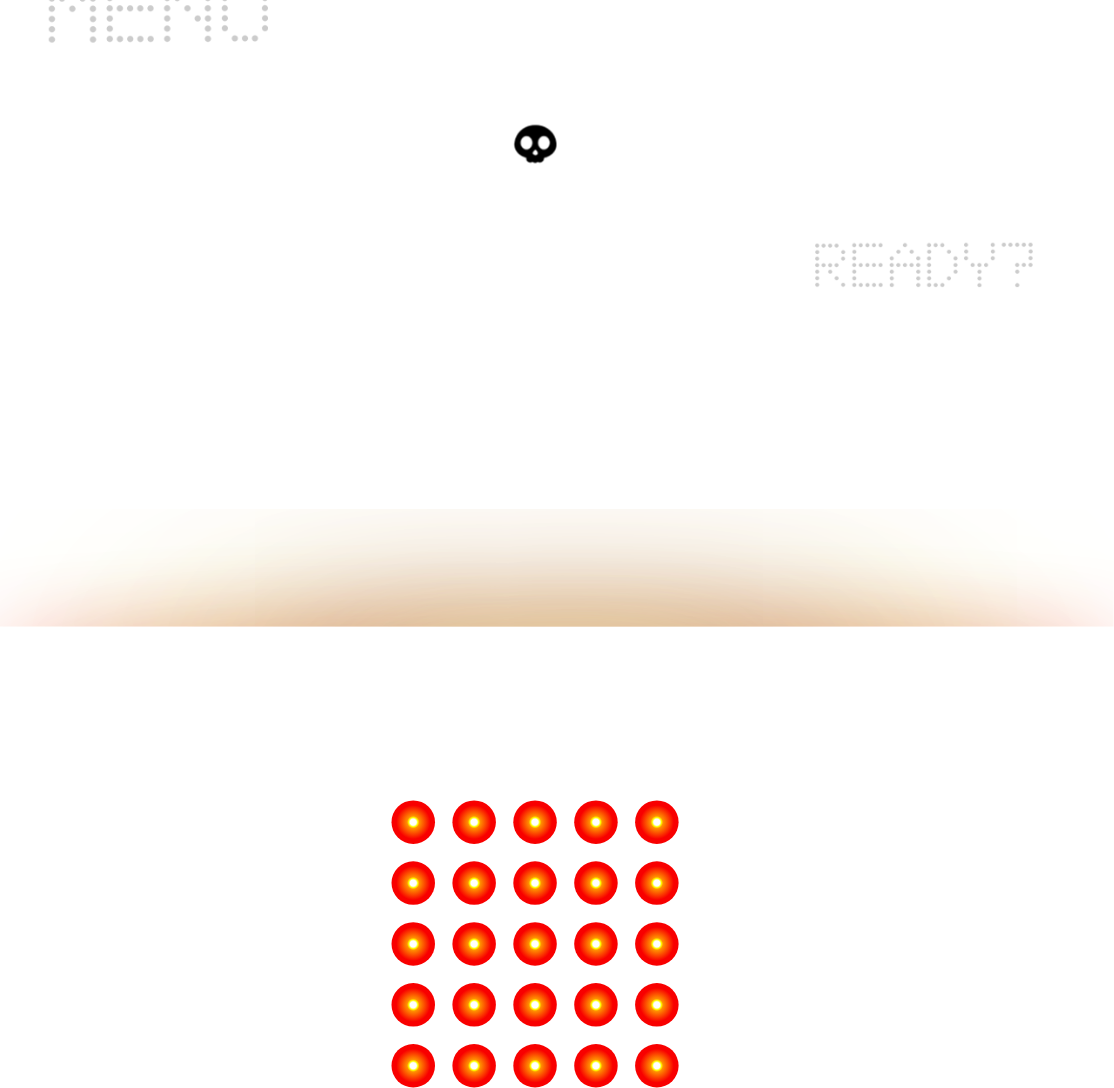
Repository: huanz488/huanz488-github.io
Page: Dot to Dot/project3.html
The author's editor kept a record of every edit. The page is drawn from the files as they stood at one moment, then again after the next edit.
The browser window is 1280 px wide. The pictures show the whole page, at 87% of full size.
Some web libraries are served in a nearby version.

Above is the page before.

### Dot to Dot/project3.html
<html>
    <head>
        <title>Game</title>
        <link rel="Shortcut Icon" href="images/jia.ico">
        <script src="https://ajax.googleapis.com/ajax/libs/jquery/1.11.2/jquery.min.js"></script>
        <link href="project3.css" rel="stylesheet" type="text/css" />

    </head>

    <body>

        <div class="skeleton"></div>
        <div class="redo"></div>
        <div class="menu"></div>
        <div class="ready"></div>

        <article id="wrap">
	<section id="lightings">
    	<div class="lights" id="one">
            <div class="lights" id="two">
                <div class="lights" id="three">
                    <div class="lights" id="four">
                        <div class="lights" id="five">

                        </div>
                    </div>
                </div>
            </div>
		</div>
    </section>
</article>

        <div data-path="1" data-position="1" class="dot grid1"></div>
        <div data-path="2" data-position="6" class="dot grid2"></div>
        <div data-path="3" class="dot grid2"></div>
        <div data-path="4" class="dot grid2"></div>
        <div data-path="5" class="dot grid2"></div>

        <div data-path="16" data-position="2" class="dot grid3"></div>
        <div data-path="15" class="dot grid4"></div>
        <div data-path="14" class="dot grid4"></div>
        <div data-path="13" class="dot grid4"></div>
        <div data-path="6" class="dot grid4"></div>

        <div data-path="17" data-position="3" class="dot grid5"></div>
        <div data-path="18" class="dot grid6"></div>
        <div data-path="0" class="dot grid6"></div>
        <div data-path="12" class="dot grid6"></div>
        <div data-path="7" class="dot grid6"></div>

        <div data-path="24" class="dot grid7"></div>
        <div data-path="19" class="dot grid8"></div>
        <div data-path="20" class="dot grid8"></div>
        <div data-path="11" class="dot grid8"></div>
        <div data-path="8" class="dot grid8"></div>

        <div data-path="23" class="dot grid9"></div>
        <div data-path="22" class="dot grid10"></div>
        <div data-path="21" class="dot grid10"></div>
        <div data-path="10" class="dot grid10"></div>
        <div data-path="9" class="dot grid10"></div>

        <script src="project3.js"></script>
    </body>

</html>

### Dot to Dot/project3.css
body {
    overflow: hidden;
    background-color:white;
    margin: 0;
    padding: 0;
}

.skeleton {
background: url(bottom/skeleton.png);
width: 52px;
height: 52px;
text-align: center;
margin: auto;
position: absolute;
margin:138px 0px 0px 588px;

}

.skeleton:hover {
background: url(bottom/large.png);
width: 330px;
height: 330px;
text-align: center;
margin: auto;
position: absolute;
margin:0px 0px 0px 450px;

}

.redo {
background: url(bottom/redo.png);
width: 250px;
height: 78px;
text-align: center;
margin: auto;
position: absolute;
margin:-135px 0px 0px 56px;

}

.redo:hover {
background: url(bottom/redo1.png);
width: 250px;
height: 77px;
text-align: center;
margin: auto;
position: absolute;
margin:-135px 0px 0px 56px;

}

.menu {
background: url(bottom/menu.png);
width: 252px;
height: 78px;
text-align: center;
margin: auto;
position: absolute;
margin:-29px 0px 0px 56px;

}

.menu:hover {
background: url(bottom/menu1.png);
width: 252px;
height: 78px;
text-align: center;
margin: auto;
position: absolute;
margin:-29px 0px 0px 56px;

}

.ready {
background: url(bottom/ready.png);
width: 250px;
height: 51px;
text-align: center;
margin: auto;
position: absolute;
margin: 279px 0px 0px 937px;

}
.grid1 {
width: 50px;
height: 50px;
background: radial-gradient(#ffffff 10%, #fdfe00 15%, #ff9000 20%, #f80000 55%);
-moz-border-radius: 50px;
-webkit-border-radius: 50px;
border-radius: 50px;
margin:200px 0px 0px 450px;
}

.grid2 {
width: 50px;
height: 50px;
background: radial-gradient(#ffffff 10%, #fdfe00 15%, #ff9000 20%, #f80000 55%);
-moz-border-radius: 50px;
-webkit-border-radius: 50px;
border-radius: 50px;
margin:20px 0px 0px 450px;
}

.grid3 {
width: 50px;
height: 50px;
background: radial-gradient(#ffffff 10%, #fdfe00 15%, #ff9000 20%, #f80000 55%);
-moz-border-radius: 50px;
-webkit-border-radius: 50px;
border-radius: 50px;
margin:-330px 0px 0px 520px;
}

.grid4 {
width: 50px;
height: 50px;
background: radial-gradient(#ffffff 10%, #fdfe00 15%, #ff9000 20%, #f80000 55%);
-moz-border-radius: 50px;
-webkit-border-radius: 50px;
border-radius: 50px;
margin:20px 0px 0px 520px;
}

.grid5 {
width: 50px;
height: 50px;
background: radial-gradient(#ffffff 10%, #fdfe00 15%, #ff9000 20%, #f80000 55%);
-moz-border-radius: 50px;
-webkit-border-radius: 50px;
border-radius: 50px;
margin:-330px 0px 0px 590px;
}

.grid6 {
width: 50px;
height: 50px;
background: radial-gradient(#ffffff 10%, #fdfe00 15%, #ff9000 20%, #f80000 55%);
-moz-border-radius: 50px;
-webkit-border-radius: 50px;
border-radius: 50px;
margin:20px 0px 0px 590px;
}

.grid7 {
width: 50px;
height: 50px;
background: radial-gradient(#ffffff 10%, #fdfe00 15%, #ff9000 20%, #f80000 55%);
-moz-border-radius: 50px;
-webkit-border-radius: 50px;
border-radius: 50px;
margin:-330px 0px 0px 660px;
}

.grid8 {
width: 50px;
height: 50px;
background: radial-gradient(#ffffff 10%, #fdfe00 15%, #ff9000 20%, #f80000 55%);
-moz-border-radius: 50px;
-webkit-border-radius: 50px;
border-radius: 50px;
margin:20px 0px 0px 660px;
}

.grid9 {
width: 50px;
height: 50px;
background: radial-gradient(#ffffff 10%, #fdfe00 15%, #ff9000 20%, #f80000 55%);
-moz-border-radius: 50px;
-webkit-border-radius: 50px;
border-radius: 50px;
margin:-330px 0px 0px 730px;
}

.grid10 {
width: 50px;
height: 50px;
background: radial-gradient(#ffffff 10%, #fdfe00 15%, #ff9000 20%, #f80000 55%);
-moz-border-radius: 50px;
-webkit-border-radius: 50px;
border-radius: 50px;
margin:20px 0px 0px 730px;
}

/*///hello page///*/

/*////////////////background////////////*/

#wrap
{
	width: 100%;
	height: 100%;
	position: relative;
	margin: 0 auto 0 auto;
	overflow: hidden;
}

#lightings
{
	bottom: -60px;
	position: absolute;
	width: 100%;
}

.lights
{
	/*border-radius*/
	-webkit-border-radius: 50%;
	-moz-border-radius: 50%;
	border-radius: 50%;
	height: 20px;
	width: 100%;
	position: relative;
	margin: auto;

}

#one
{
	/*animation*/
	-webkit-animation: one 5s ease-in-out infinite alternate;
	-moz-animation: one 5s ease-in-out infinite alternate;
	-ms-animation: one 5s ease-in-out infinite alternate;
	-o-animation: one 5s ease-in-out infinite alternate;
	animation: one 5s ease-in-out infinite alternate;
}
@-webkit-keyframes
one { from {
-webkit-box-shadow: 0 0 250px 20px #473C78;
}

to { -webkit-box-shadow: 0 0 100px 15px #F72A3B; }
}
@-moz-keyframes
one { from {
-moz-box-shadow: 0 0 250px 20px #473C78;
}

to { -moz-box-shadow: 0 0 100px 15px #F72A3B; }
}
@-o-keyframes
one { from {
-o-box-shadow: 0 0 250px 20px #473C78;
}

to { -o-box-shadow: 0 0 100px 15px #F72A3B; }
}

#two
{
	width: 90%;
	/*animation*/
	-webkit-animation: two 4s ease-in-out infinite alternate;
	-moz-animation: two 4s ease-in-out infinite alternate;
	-ms-animation: two 4s ease-in-out infinite alternate;
	-o-animation: two 4s ease-in-out infinite alternate;
	animation: two 4s ease-in-out infinite alternate;
}
@-webkit-keyframes
two { from {
-webkit-box-shadow: 0 0 250px 20px #18C499;
}

to { -webkit-box-shadow: 0 0 100px 15px #D8F05E; }
}
@-moz-keyframes
two { from {
-moz-box-shadow: 0 0 250px 20px #18C499;
}

to { -moz-box-shadow: 0 0 100px 15px #D8F05E; }
}
@-o-keyframes
two { from {
-o-box-shadow: 0 0 250px 20px #18C499;
}

to { -o-box-shadow: 0 0 100px 15px #D8F05E; }
}

#three
{
	width: 80%;
	/*animation*/
	-webkit-animation: three 3s ease-in-out infinite alternate;
	-moz-animation: three 3s ease-in-out infinite alternate;
	-ms-animation: three 3s ease-in-out infinite alternate;
	-o-animation: three 3s ease-in-out infinite alternate;
	animation: three 3s ease-in-out infinite alternate;
}
@-webkit-keyframes
three { from {
-webkit-box-shadow: 0 0 250px 20px #FFDD00;
}

to { -webkit-box-shadow: 0 0 100px 15px #3E33FF; }
}
@-moz-keyframes
three { from {
-moz-box-shadow: 0 0 250px 20px #FFDD00;
}

to { -moz-box-shadow: 0 0 100px 15px #3E33FF }
}
@-o-keyframes
three { from {
-o-box-shadow: 0 0 250px 20px #FFDD00;
}

to { -o-box-shadow: 0 0 100px 15px #3E33FF }
}

#four
{
	width: 70%;
	/*animation*/
	-webkit-animation: four 2s ease-in-out infinite alternate;
	-moz-animation: four 2s ease-in-out infinite alternate;
	-ms-animation: four 2s ease-in-out infinite alternate;
	-o-animation: four 2s ease-in-out infinite alternate;
	animation: four 2s ease-in-out infinite alternate;
}
@-webkit-keyframes
four { from {
-webkit-box-shadow: 0 0 250px 20px #781848;
}

to { -webkit-box-shadow: 0 0 100px 15px #F2BBE9; }
}
@-moz-keyframes
four { from {
-moz-box-shadow: 0 0 250px 20px #781848;
}

to { -moz-box-shadow: 0 0 100px 15px #F2BBE9; }
}
@-o-keyframes
four { from {
-o-box-shadow: 0 0 250px 20px #781848;
}

to { -o-box-shadow: 0 0 100px 15px #F2BBE9; }
}

#five
{
	width: 60%;
	/*animation*/
	-webkit-animation: five 1s ease-in-out infinite alternate;
	-moz-animation: five 1s ease-in-out infinite alternate;
	-ms-animation: five 1s ease-in-out infinite alternate;
	-o-animation: five 1s ease-in-out infinite alternate;
	animation: five 1s ease-in-out infinite alternate;
}
@-webkit-keyframes
five { from {
-webkit-box-shadow: 0 0 250px 20px #42F2A1;
}

to { -webkit-box-shadow: 0 0 100px 15px #F4F6AD; }
}
@-moz-keyframes
five { from {
-webkit-box-shadow: 0 0 250px 20px #42F2A1;
}

to { -webkit-box-shadow: 0 0 100px 15px #F4F6AD; }
}
@-o-keyframes
five { from {
-webkit-box-shadow: 0 0 250px 20px #42F2A1;
}

to { -webkit-box-shadow: 0 0 100px 15px #F4F6AD; }
}

### Dot to Dot/project3.js
var Path = {
    current : 0
};

$('.dot').addClass('hovered');
$(".dot[data-position|='1'").removeClass("hovered");
$('.dot').hover(function() {
   // mouse on
   var $dot = $(this);

   if (!$dot.hasClass('hovered')) {
       $dot.addClass('hovered');
       $dot.css({ 'background': 'transparent' });

       check_path($dot);
      // alert($dot.data("position"));
   }

}, function() {
   // mouse out
});


function check_path($dot) {
    var hovered_path = parseInt( $dot.data('position') ) + 1;
    $(".dot[data-position|='"+ hovered_path +"'").removeClass('hovered');
   /*
    if (Path.current + 1 == hovered_path) {
        // they did the right thing
        Path.current += 1;
    } else {
        // they did the wrong thing
        $('.dot').removeClass('hovered');
        $('.dot').removeAttr('style');
        //alert('Start over!');
        Path.current = 0;
    }*/
}

After the next edit:
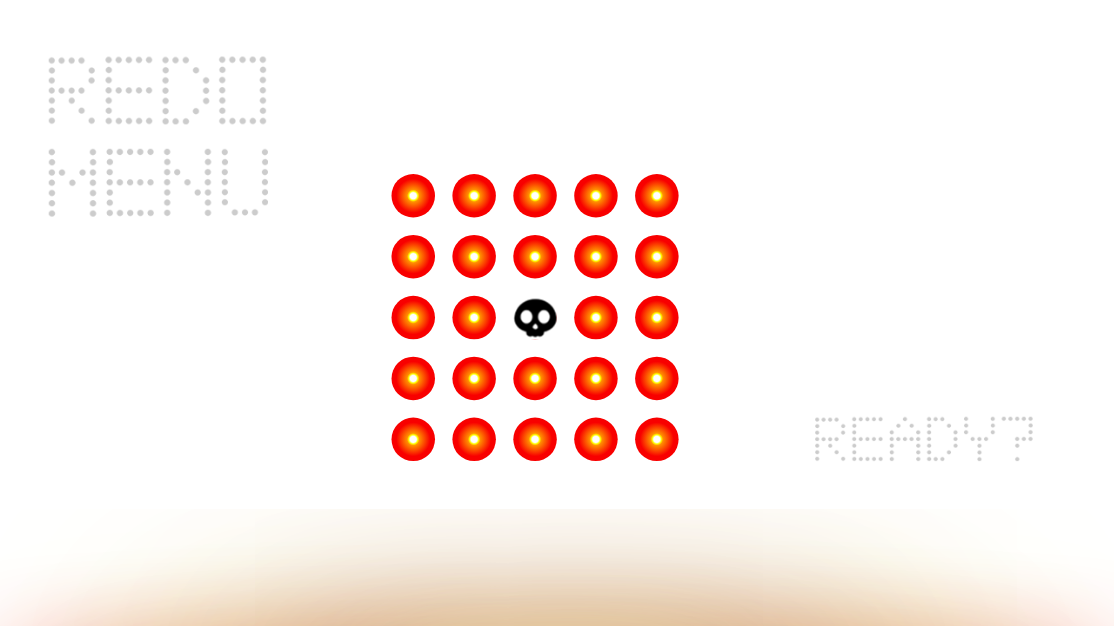
The edit:
--- a/Dot to Dot/project3.css
+++ b/Dot to Dot/project3.css
@@ -185,14 +185,6 @@
 
 /*////////////////background////////////*/
 
-#wrap
-{
-	width: 100%;
-	height: 100%;
-	position: relative;
-	margin: 0 auto 0 auto;
-	overflow: hidden;
-}
 
 #lightings
 {
